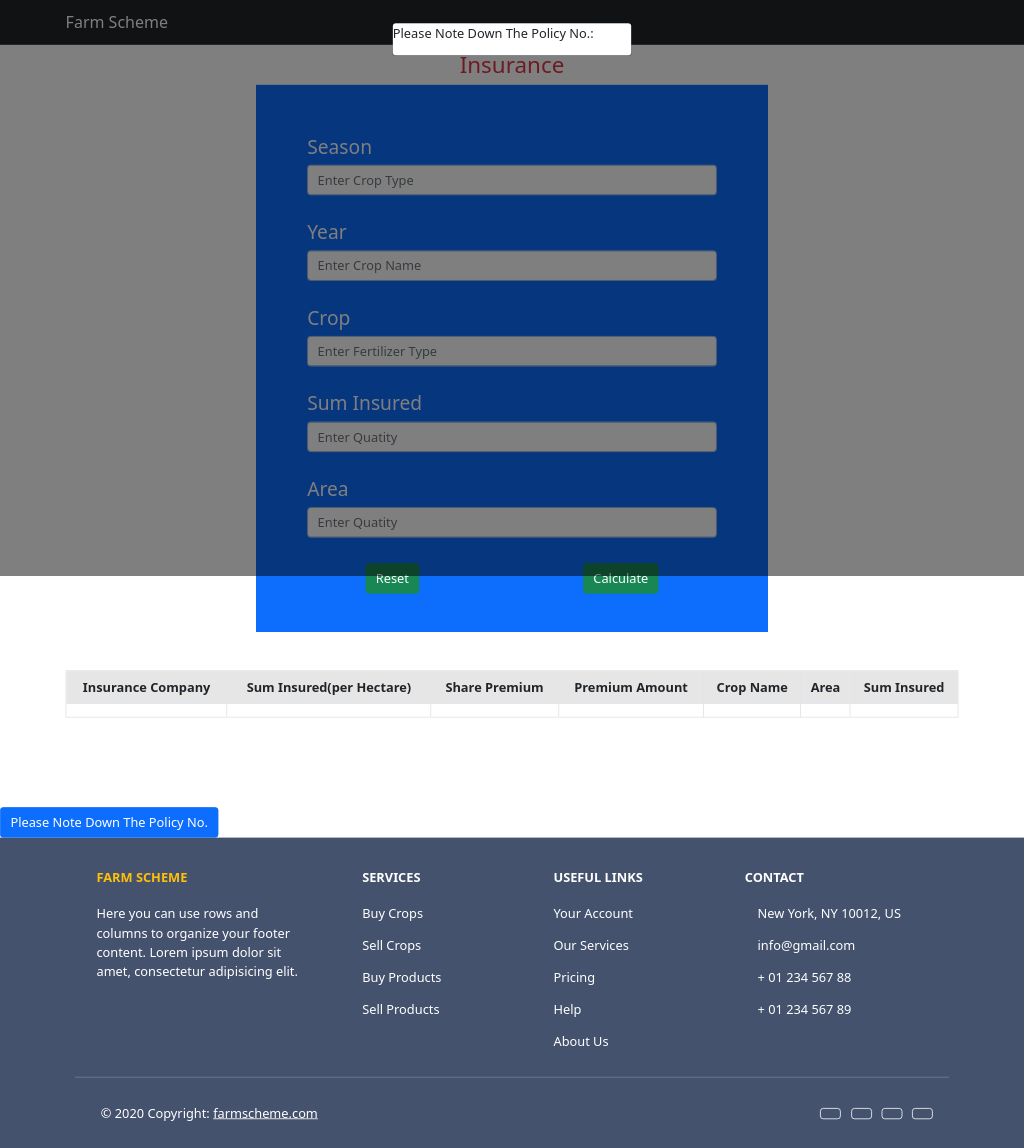
Repository: lavakumar17/Farmscheme
Page: http://localhost/demo/farmer/insurance_reg_success.jsp
These files come from the project's save history. The page is drawn as it stood at one moment and after the next save; the edit follows.
The browser window is 1280 px wide. The pictures show the whole page, at 80% of full size.
The page is served by Tomcat 9. Other server files are loaded and not shown. The template is opened directly, without the code that normally fills it, so the values that code supplies are empty.

Above is the page before, as saved 2022-06-24 05:05:00.

### MainProject/demo/src/main/webapp/farmer/insurance_reg_success.jsp
<%@ page language="java" contentType="text/html; charset=ISO-8859-1"
    pageEncoding="ISO-8859-1" isELIgnored="false"%>
<!DOCTYPE html>
<html>
<head>
<meta charset="ISO-8859-1">
<title>Insert title here</title>
<!-- Bootstrap css and JavaScript links -->
    <%@include file="bootstrap_links.jsp" %>
</head>
<body class="align-items-ceter">

<!-- navbar -->
<nav class="navbar navbar-expand-lg navbar-dark bg-dark">
      <div class="container-fluid container">
        <a class="navbar-brand" href="#">Farm Scheme</a>
        <button
          class="navbar-toggler"
          type="button"
          data-bs-toggle="collapse"
          data-bs-target="#navbarNavDropdown"
          aria-controls="navbarNavDropdown"
          aria-expanded="false"
          aria-label="Toggle navigation"
        >
          <span class="navbar-toggler-icon"></span>
        </button>
        <div class="collapse navbar-collapse" id="navbarNavDropdown">
          <ul class="navbar-nav ms-auto">
            <!-- <li class="nav-item">
              <a class="nav-link active" aria-current="page" href="/">Home</a>
            </li> -->
          </ul>
        </div>
      </div>
    </nav>

<%-- <%@include file="navbar.jsp" %><br><br> --%>
<h3 class="text-center text-danger pt-2">Insurance</h3>
<h4 class="text-success text-center">${success }</h4>
<h4 class="text-danger text-center">${failed }</h4>
<div class="container w-50 cjustify-content-center bg-primary text-white p-5">
<form action="/farmer/insurance" method="post">

<div class="p-3">
<span class="form-label"><h4>Season</h4></span>
<input class="form-control" type="text" name="season" required placeholder="Enter Crop Type">
</div>
<div class="p-3">
<span class="form-label pt-3"><h4>Year</h4></span>
<input class="form-control" type="text" name="year" required placeholder="Enter Crop Name">
</div>

<div class="p-3">
<span class="form-label pt-3"><h4>Crop</h4></span>
<input class="form-control" type="text" name="crop" required placeholder="Enter Fertilizer Type">
</div>

<div class="p-3">
<span class="form-label pt-3"><h4>Sum Insured</h4></span>
<input class="form-control" type="text" name="sumInsured" required placeholder="Enter Quatity">
</div>

<div class="p-3">
<span class="form-label pt-3"><h4>Area</h4></span>
<input class="form-control" type="text" name="area" required placeholder="Enter Quatity">
</div>

<div class="d-flex justify-content-center pt-3">
<div class="w-50">
<button class="btn btn-success" type="submit">Reset</button>
</div>
<div>
<button class="btn btn-success" type="submit">Calculate</button>
</div>
</div>
</form>
</div><br><br>
<section>
<!-- <h3 class="text-center">Booking History</h3> -->
<div class="container">
<table class="table table-bordered table-striped text-center table-responsive-md">
<tr>
<th>Insurance Company</th>
<th>Sum Insured(per Hectare)</th>
<th>Share Premium</th>
<th>Premium Amount</th>
<th>Crop Name</th>
<th>Area</th>
<th>Sum Insured</th>
</tr>
<%-- <td class="border">${user.getUserId()}</td>
<td class="border">${user.getUserName()}</td> --%>
<%-- <c:forEach var="history" items="${bookingHistory}" varStatus="status"> --%>
<tr>
<td>${insurance.company }</td>
<td>${insurance.sumInsuredPH }</td>
<td>${insurance.sharePremium }</td>
<td>${insurance.premiumAmount }</td>
<td>${insurance.crop}</td>
<td>${insurance.area }</td>
<td>${insurance.sumInsured }</td>
</tr>
<!-- </c:forEach> -->
</table>
</div>
</section><br><br>
<div class="d-flex justify-content-center">
<form action="/farmer/insurance_reg" hidden="true" method="post">
      				<input hidden type="submit" value=${insurance.company }/>
      				<input hidden type="submit" value=${insurance.sumInsuredPH }/>
      				<input hidden type="submit" value=${insurance.sharePremium }/>
      				<input hidden type="submit" value=${insurance.premiumAmount }/>
      				<input hidden type="submit" value=${insurance.crop }/>
      				<input hidden type="submit" value=${insurance.area }/>
      				<input hidden type="submit" value=${insurance.sumInsured }/>
<button class="btn btn-success" type="submit">Apply</button>
</form>
</div><br><br>
<!-- </div> -->


<!-- Small modal -->
<button type="button" class="btn btn-primary" data-toggle="modal" data-target=".bd-example-modal-sm">Please Note Down The Policy No.</button>

<div class="modal fade bd-example-modal-sm" tabindex="-1" role="dialog" aria-labelledby="mySmallModalLabel" aria-hidden="true" id="exampleModal">
  <div class="modal-dialog modal-sm">
    <div class="modal-content">
     <p>Please Note Down The Policy No.:
     ${policyNo }</p>
    </div>
  </div>
</div>
<script type="text/javascript">
    $(window).on('load', function() {
        $('#exampleModal').modal('show');
    });
    </script>




<!-- footer -->
<%@include file="footer.jsp" %>
</body>
</html>

### MainProject/demo/src/main/webapp/farmer/bootstrap_links.jsp
<!-- CSS only -->
<link rel="stylesheet" href="https://cdn.jsdelivr.net/npm/bootstrap@4.4.1/dist/css/bootstrap.min.css">
<link href="https://cdn.jsdelivr.net/npm/bootstrap@5.1.3/dist/css/bootstrap.min.css" rel="stylesheet"/>

<!-- JavScript Bundle with Popper -->
<script src="https://code.jquery.com/jquery-3.4.1.slim.min.js"></script>
<script src="https://cdn.jsdelivr.net/npm/popper.js@1.16.0/dist/umd/popper.min.js" ></script>
<script src="https://cdn.jsdelivr.net/npm/bootstrap@4.4.1/dist/js/bootstrap.min.js" ></script>
<script src="https://cdn.jsdelivr.net/npm/bootstrap@5.1.3/dist/js/bootstrap.bundle.min.js"></script>

### MainProject/demo/src/main/webapp/farmer/footer.jsp
<!-- Footer -->
  <footer
          class="text-center text-lg-start text-white"
          style="background-color: #45526e"
          id="footer"
          >
    <!-- Grid container -->
    <div class="container p-4 pb-0">
      <!-- Section: Links -->
      <section class="">
        <!--Grid row-->
        <div class="row">
          <!-- Grid column -->
          <div class="col-md-3 col-lg-3 col-xl-3 mx-auto mt-3">
            <h6 class="text-uppercase mb-4 font-weight-bold">
              <span class="text-warning">FARM SCHEME</span>
            </h6>
            <p>
              Here you can use rows and columns to organize your footer
              content. Lorem ipsum dolor sit amet, consectetur adipisicing
              elit.
            </p>
          </div>
          <!-- Grid column -->

          <hr class="w-100 clearfix d-md-none" />

          <!-- Grid column -->
          <div class="col-md-2 col-lg-2 col-xl-2 mx-auto mt-3">
            <h6 class="text-uppercase mb-4 font-weight-bold">SERVICES</h6>
            <p>
              <a class="text-white">Buy Crops</a>
            </p>
            <p>
              <a class="text-white">Sell Crops</a>
            </p>
            <p>
              <a class="text-white">Buy Products</a>
            </p>
            <p>
              <a class="text-white">Sell Products</a>
            </p>
          </div>
          <!-- Grid column -->

          <hr class="w-100 clearfix d-md-none" />

          <!-- Grid column -->
          <div class="col-md-3 col-lg-2 col-xl-2 mx-auto mt-3">
            <h6 class="text-uppercase mb-4 font-weight-bold">
              Useful links
            </h6>
            <p>
              <a class="text-white">Your Account</a>
            </p>
            <p>
              <a class="text-white">Our Services</a>
            </p>
            <p>
              <a class="text-white">Pricing</a>
            </p>
            <!-- <p>
              <a class="text-white">Become an Affiliate</a>
            </p> -->
            <p>
              <a class="text-white">Help</a>
            </p>
            <p>
              <a class="text-white">About Us</a>
            </p>
          </div>

          <!-- Grid column -->
          <hr class="w-100 clearfix d-md-none" />

          <!-- Grid column -->
          <div class="col-md-4 col-lg-3 col-xl-3 ms-auto mt-3">
            <h6 class="text-uppercase mb-4 font-weight-bold">Contact</h6>
            <p><i class="fas fa-home mr-3"></i> New York, NY 10012, US</p>
            <p><i class="fas fa-envelope mr-3"></i> info@gmail.com</p>
            <p><i class="fas fa-phone mr-3"></i> + 01 234 567 88</p>
            <p><i class="fas fa-print mr-3"></i> + 01 234 567 89</p>
          </div>
          <!-- Grid column -->
        </div>
        <!--Grid row-->
      </section>
      <!-- Section: Links -->

      <hr class="my-3">

      <!-- Section: Copyright -->
      <section class="p-3 pt-0">
        <div class="row d-flex align-items-center">
          <!-- Grid column -->
          <div class="col-md-7 col-lg-8 text-center text-md-start">
            <!-- Copyright -->
            <div class="p-3">
              © 2020 Copyright:
              <a class="text-white" href="https://mdbootstrap.com/"
                 >farmscheme.com</a
                >
            </div>
            <!-- Copyright -->
          </div>
          <!-- Grid column -->

          <!-- Grid column -->
          <div class="col-md-5 col-lg-4 ml-lg-0 text-center text-md-end">
            <!-- Facebook -->
            <a
               class="btn btn-outline-light btn-floating m-1"
               class="text-white"
               role="button"
               ><i class="fab fa-facebook-f"></i
              ></a>

            <!-- Twitter -->
            <a
               class="btn btn-outline-light btn-floating m-1"
               class="text-white"
               role="button"
               ><i class="fab fa-twitter"></i
              ></a>

            <!-- Google -->
            <a
               class="btn btn-outline-light btn-floating m-1"
               class="text-white"
               role="button"
               ><i class="fab fa-google"></i
              ></a>

            <!-- Instagram -->
            <a
               class="btn btn-outline-light btn-floating m-1"
               class="text-white"
               role="button"
               ><i class="fab fa-instagram"></i
              ></a>
          </div>
          <!-- Grid column -->
        </div>
      </section>
      <!-- Section: Copyright -->
    </div>
    <!-- Grid container -->
  </footer>
  <!-- Footer -->

After the next save:
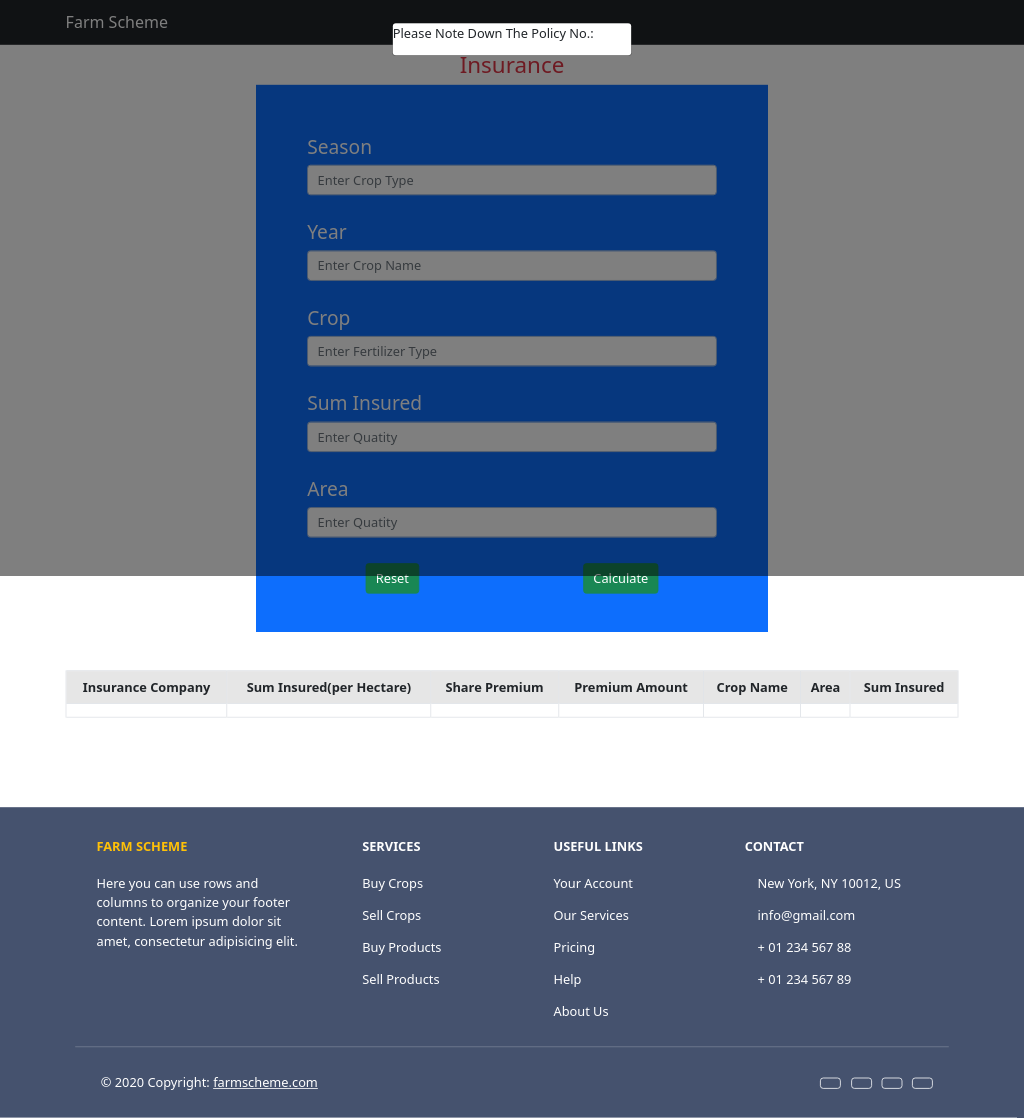
Saved 30 s later.
--- a/MainProject/demo/src/main/webapp/farmer/insurance_reg_success.jsp
+++ b/MainProject/demo/src/main/webapp/farmer/insurance_reg_success.jsp
@@ -121,7 +121,7 @@
 
 
 <!-- Small modal -->
-<button type="button" class="btn btn-primary" data-toggle="modal" data-target=".bd-example-modal-sm">Please Note Down The Policy No.</button>
+<!-- <button type="button" class="btn btn-primary" data-toggle="modal" data-target=".bd-example-modal-sm">Please Note Down The Policy No.</button> -->
 
 <div class="modal fade bd-example-modal-sm" tabindex="-1" role="dialog" aria-labelledby="mySmallModalLabel" aria-hidden="true" id="exampleModal">
   <div class="modal-dialog modal-sm">
